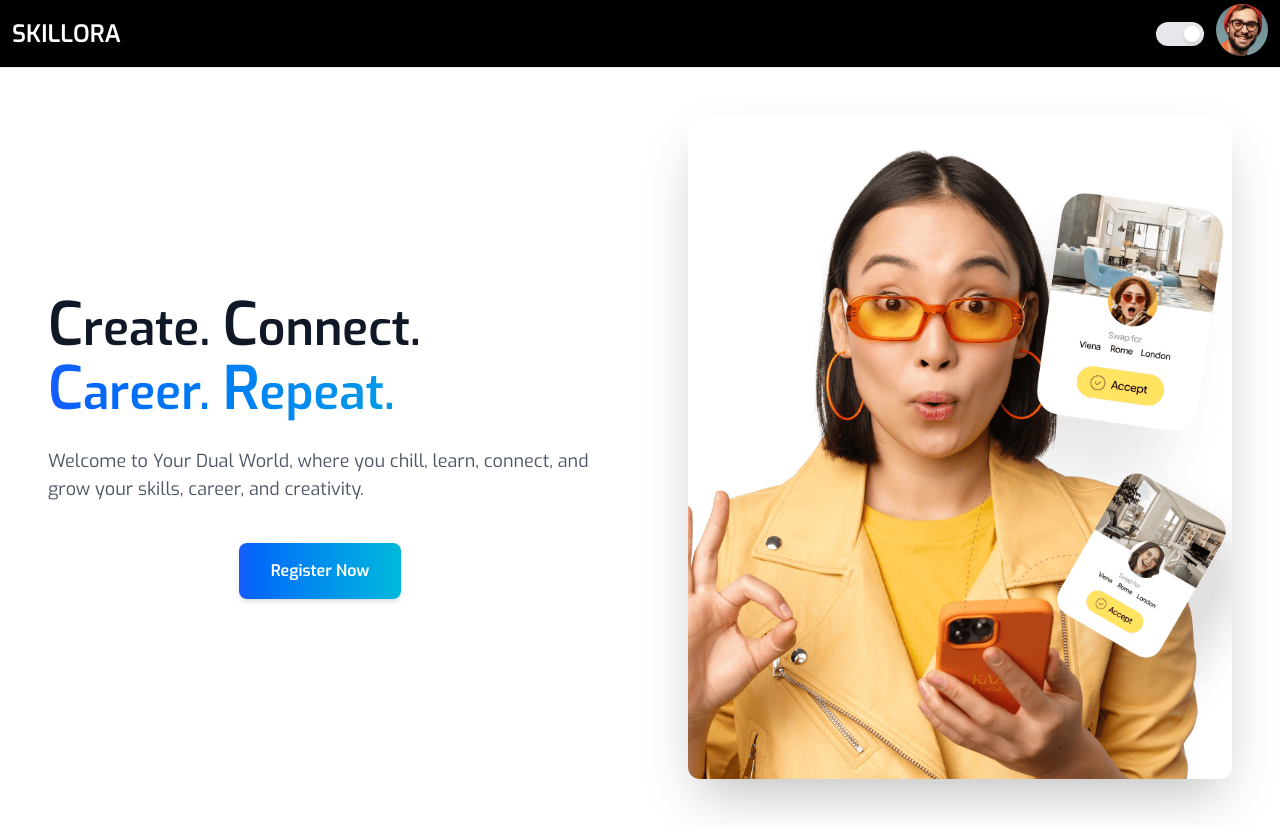
Repository: deepak445566/job
Page: / (app in frontend/)
An editor plug-in stored every save of this project. The page is shown before and after the next save, followed by the edit.
The browser window is 1280 px wide. The pictures show the whole page.
The page's requests for data from a server got no answer. Some web fonts or font styles are not loaded; a fallback is used. The project was rebuilt for these pictures with package versions that can differ from the ones it lists, and the page was loaded fresh each time. Some packages were replaced by stand-ins written for this rebuild. No one was signed in, and anything a server would have sent is missing. Also part of the build but not shown: frontend/vite.config.js, frontend/src/Components/auth/Login.jsx, frontend/src/Components/study/StudyDashboard.jsx, frontend/src/Components/chill/CreateReelModal.jsx, frontend/src/Components/chill/ChillDashboard.jsx, frontend/src/Components/common/Footer.jsx.

Above is the page before, as saved 2026-02-27 14:56:41.

### frontend/index.html
<!doctype html>
<html lang="en">
  <head>
    <meta charset="UTF-8" />
    <link rel="icon" type="image/svg+xml" href="/vite.svg" />
    <meta name="viewport" content="width=device-width, initial-scale=1.0" />
    <title>frontend</title>
    <link rel="preconnect" href="https://fonts.googleapis.com">
<link rel="preconnect" href="https://fonts.gstatic.com" crossorigin>
<link href="https://fonts.googleapis.com/css2?family=Exo:ital,wght@0,100..900;1,100..900&family=Playfair+Display:ital,wght@0,400..900;1,400..900&display=swap" rel="stylesheet">
  </head>
  <body>
    <div id="root"></div>
    <script type="module" src="/src/main.jsx"></script>
  </body>
</html>

### frontend/src/main.jsx
import { StrictMode } from 'react'
import { createRoot } from 'react-dom/client'
import './index.css'
import App from './App.jsx'
import {BrowserRouter} from 'react-router-dom'
import { AppContextProvider } from './context/AppContextProvider.jsx'




createRoot(document.getElementById('root')).render(
  <BrowserRouter>
  <AppContextProvider>
  <StrictMode>
    <App />
  </StrictMode>
  </AppContextProvider>
  </BrowserRouter>
)

### frontend/src/index.css
@import "tailwindcss";
.exo{
  font-family: "Exo", sans-serif;

  font-style: normal;
}

### frontend/src/App.jsx
import React from "react";
import Login from "./Components/auth/Login";
import { Route, Routes } from "react-router-dom";
import Dashboard from "./Components/Dashboard";
import { useAppContext } from "./context/AppContextProvider";
import Layout from "./Components/common/Layout";

function App() {
  const { showLogin } = useAppContext();

  return (
    <>
      {showLogin && <Login />}

      <Routes>
        {/* Layout wrap karega sab routes ko */}
        <Route path="/" element={<Layout />}>
          <Route index element={<Dashboard />} />
        </Route>
      </Routes>
    </>
  );
}

export default App;

### frontend/src/context/AppContextProvider.jsx
import { useContext, useEffect, useState } from "react";
import { useNavigate } from "react-router-dom";
import axios from "axios";
import { AppContext } from "./AppContext";
import toast from 'react-hot-toast';

axios.defaults.withCredentials = true;
axios.defaults.baseURL = import.meta.env.VITE_BACKEND_URL;
console.log("Base URL:", import.meta.env.VITE_BACKEND_URL);

export const AppContextProvider = ({ children }) => {
  const navigate = useNavigate();
  const [user, setUser] = useState(null);
  const [mode, setMode] = useState('chill'); // Default 'chill' ya 'study'
  const [showLogin, setShowLogin] = useState(false);
  const [loading, setLoading] = useState(true);

  const fetchUser = async () => {
    try {
      const { data } = await axios.get("/api/auth/isauth");
      if (data.success) {
        setUser(data.user);
        // User login hai toh uski mode fetch karo
        fetchUserMode();
      }
    } catch (error) {
      setUser(null);
    } finally {
      setLoading(false);
    }
  };

  // User ka mode fetch karne ka function
  const fetchUserMode = async () => {
    try {
      const { data } = await axios.get("/api/mode/");
      if (data.success) {
        setMode(data.mode);
      }
    } catch (error) {
      console.log("Error fetching mode:", error);
    }
  };

  // Mode toggle karne ka function
  const toggleMode = async () => {
    if (!user) {
      toast.error("Please login first");
      setShowLogin(true);
      return;
    }

    try {
      const { data } = await axios.put("/api/mode/switch");
      if (data.success) {
        setMode(data.mode);
        toast.success(data.message);
      }
    } catch (error) {
      toast.error(error.response?.data?.message || "Error switching mode");
    }
  };

  useEffect(() => {
    fetchUser();
  }, []);

  return (
    <AppContext.Provider
      value={{
        navigate,
        user,
        setUser,
        axios,
        setShowLogin,
        showLogin,
        mode,
        setMode,
        toggleMode,
        loading
      }}
    >
      {children}
    </AppContext.Provider>
  );
};

export const useAppContext = () => useContext(AppContext);

### frontend/src/Components/Dashboard.jsx
// components/Dashboard.jsx
import React from 'react';
import { useAppContext } from '../context/AppContextProvider';
import StudyDashboard from './study/StudyDashboard';
import ChillDashboard from './chill/ChillDashboard';

function Dashboard() {
  const { mode, user, setShowLogin, loading } = useAppContext();

  // Loading state
  if (loading) {
    return (
      <div className="min-h-screen flex items-center justify-center">
        <div className="text-center">
          <div className="w-16 h-16 border-4 border-blue-500 border-t-transparent rounded-full animate-spin mx-auto mb-4"></div>
          <p className="text-gray-600">Loading dashboard...</p>
        </div>
      </div>
    );
  }

  // Agar user login nahi hai
  if (!user) {
    return (
     <div className="min-h-screen  flex items-center justify-center  exo">

      <div className=" w-full   rounded-2xl overflow-hidden flex flex-col md:flex-row">

        {/* Left side: Text and button */}
        <div className="w-full md:w-1/2 p-5 sm:p-10 lg:p-12 flex flex-col justify-center space-y-6">
          {/* Heading */}
          <h1 className="text-4xl sm:text-5xl font-semibold text-gray-900 leading-tight">
           <span className='text-6xl'>C</span>reate.  <span className='text-6xl'>C</span>onnect.
            <span className="text-transparent bg-clip-text bg-gradient-to-r from-blue-600 to-cyan-500 block ">
             <span className='text-6xl'>C</span>areer.  <span className='text-6xl exo'>R</span>epeat.
            </span>
          </h1>

          {/* Paragraph */}
          <p className="text-lg text-gray-600 ">
           Welcome to Your Dual World, where you chill, learn, connect, and grow your skills, career, and creativity.
          </p>

          {/* Register Now Button */}
          <div className="pt-4 flex justify-center">
            <button onClick={()=>setShowLogin(true)} className="px-8 py-4 bg-gradient-to-r from-blue-600 to-cyan-500 text-white font-semibold rounded-lg shadow-md hover:shadow-lg transform hover:scale-105 transition-all duration-300 ease-in-out focus:outline-none focus:ring-2 focus:ring-blue-400 focus:ring-offset-2">
              Register Now
            </button>
          </div>


        </div>

        {/* Right side: Image */}
        <div className="w-full md:w-1/2  flex items-center justify-center p-3 sm:p-10 lg:p-12">

          <img
            src="/images/m.png"
            alt="Hero visual representing our platform"
            className="w-full h-auto rounded-xl shadow-2xl object-cover transform hover:scale-105 transition-transform duration-500"
          />
        </div>
      </div>
    </div>
    );
  }

  // Mode ke hisaab se dashboard render karo
  return (
    <div className="transition-all duration-500">
      {mode === 'study' ? <StudyDashboard /> : <ChillDashboard />}
    </div>
  );
}

export default Dashboard;

### frontend/src/Components/common/Layout.jsx
import Navbar from "./Navbar";
import FloatingDockMinimal from "./Footer";
import { Outlet } from "react-router-dom";
import { useAppContext } from "../../context/AppContextProvider";

function Layout() {
  const { user } = useAppContext(); // ya isAuthenticated

  return (
    <div className="min-h-screen flex flex-col">
      <Navbar />

      {/* Page Content */}
      <div className={`flex-1 ${user ? "pb-20" : ""}`}>
        <Outlet />
      </div>

      {/* 👇 Sirf login user ko dikhega */}
      {user && <FloatingDockMinimal />}
    </div>
  );
}

export default Layout;

### frontend/src/Components/common/Navbar.jsx
import React, { useState } from "react";
import { useAppContext } from "../../context/AppContextProvider";
import toast from "react-hot-toast";

function Navbar() {
  const { user, setUser, axios, setShowLogin, navigate, mode, toggleMode } =
    useAppContext();
  const [loggingOut, setLoggingOut] = useState(false);
  const [togglingMode, setTogglingMode] = useState(false);
  const [showProfileMenu, setShowProfileMenu] = useState(false);

  const handleLogout = async () => {
    try {
      setLoggingOut(true);
      const { data } = await axios.post("/api/auth/logout");
      if (data.success) {
        setUser(null);
        setShowLogin(true);
        toast.success("Logged out successfully");
        navigate("/");
      } else {
        toast.error(data.message || "Logout failed");
      }
    } catch (error) {
      toast.error(error.response?.data?.message || "Error logging out");
    } finally {
      setLoggingOut(false);
      setShowProfileMenu(false);
    }
  };

  const handleToggleMode = async () => {
    try {
      setTogglingMode(true);
      await toggleMode();
    } catch (error) {
      console.error("Error toggling mode:", error);
    } finally {
      setTogglingMode(false);
    }
  };

  const handleProfileClick = () => {
    if (user) {
      setShowProfileMenu(!showProfileMenu);
    } else {
      setShowLogin(true);
    }
  };

  const getInitial = () => {
    if (user?.username) return user.username[0].toUpperCase();
    if (user?.email) return user.email[0].toUpperCase();
    return 'K';
  };

  return (
   <nav className="bg-black border-b border-gray-200 px-3 py-1 sticky top-0 z-50 exo">
  <div className="flex justify-between items-center max-w-7xl mx-auto">
    {/* Left Side */}
    <div className="flex items-center gap-4 text-2xl font-semibold uppercase text-white rounded-2xl ">
     <h1>Skillora</h1>
    </div>

    {/* Right Side */}
    <div className="flex items-center gap-3">
      {/* Mode Toggle */}
      <button
        onClick={handleToggleMode}
        disabled={togglingMode || !user}
        className={`relative w-12 h-6 rounded-full transition-all duration-700 ${
          user
            ? mode === 'study'
              ? 'bg-gray-700'
              : 'bg-gray-300'
            : 'bg-gray-200 cursor-not-allowed'
        }`}
        title={!user ? "Login to switch mode" : `Switch to ${mode === 'study' ? 'Chill' : 'Study'}`}
      >
        <span
          className={`absolute top-1 left-1 w-4 h-4 bg-white rounded-full shadow-md transform transition-all duration-500 ease-in-out ${
            mode === 'chill' ? 'translate-x-6' : ''
          }`}
        />
      </button>

      {/* Profile */}
      <div className="relative">
        <button
          onClick={handleProfileClick}
          className="group relative focus:outline-none"
        >
          <div>
            <img src="/images/log.jpg" className="h-13 w-13 rounded-full"/>
          </div>


        </button>

        {/* Profile Menu */}
        {showProfileMenu && user && (
          <>
            <div
              className="fixed inset-0 z-40"
              onClick={() => setShowProfileMenu(false)}
            />

            <div className="absolute right-0 mt-3 w-56 bg-white rounded-2xl shadow-lg border border-gray-100 z-50 overflow-hidden">
              <div className="px-5 py-4 border-b border-gray-100">
                <p className="text-xs text-gray-400 uppercase tracking-[0.2em] mb-2 font-light">
                  Account
                </p>
                <p className="text-sm font-medium text-gray-800 mb-0.5">
                  {user.username || 'User'}
                </p>
                <p className="text-xs text-gray-400 truncate font-light">
                  {user.email || 'user@example.com'}
                </p>
              </div>

              <div className="p-2">
                <button
                  onClick={() => {
                    setShowProfileMenu(false);
                    navigate('/profile');
                  }}
                  className="w-full px-4 py-2.5 text-left hover:bg-gray-50 rounded-xl transition-all duration-200 flex items-center gap-3 text-gray-600 group"
                >
                  <span className="text-sm opacity-50 group-hover:opacity-100 transition-opacity">👤</span>
                  <span className="text-xs font-light tracking-wide">Profile</span>
                </button>

                <div className="h-px bg-gray-100 my-2"></div>

                <button
                  onClick={handleLogout}
                  disabled={loggingOut}
                  className="w-full px-4 py-2.5 text-left hover:bg-gray-50 rounded-xl transition-all duration-200 flex items-center gap-3 text-gray-600 group"
                >
                  <span className="text-sm opacity-50 group-hover:opacity-100 transition-opacity">🚪</span>
                  <span className="text-xs font-light tracking-wide flex-1">
                    {loggingOut ? "Exiting..." : "Sign out"}
                  </span>
                  {loggingOut && (
                    <span className="w-3 h-3 border border-gray-300 border-t-transparent rounded-full animate-spin" />
                  )}
                </button>
              </div>
            </div>
          </>
        )}
      </div>
    </div>
  </div>
</nav>
  );
}

export default Navbar;

Loaded but not shown: frontend/src/context/AppContext.jsx (common file)

After the next save:
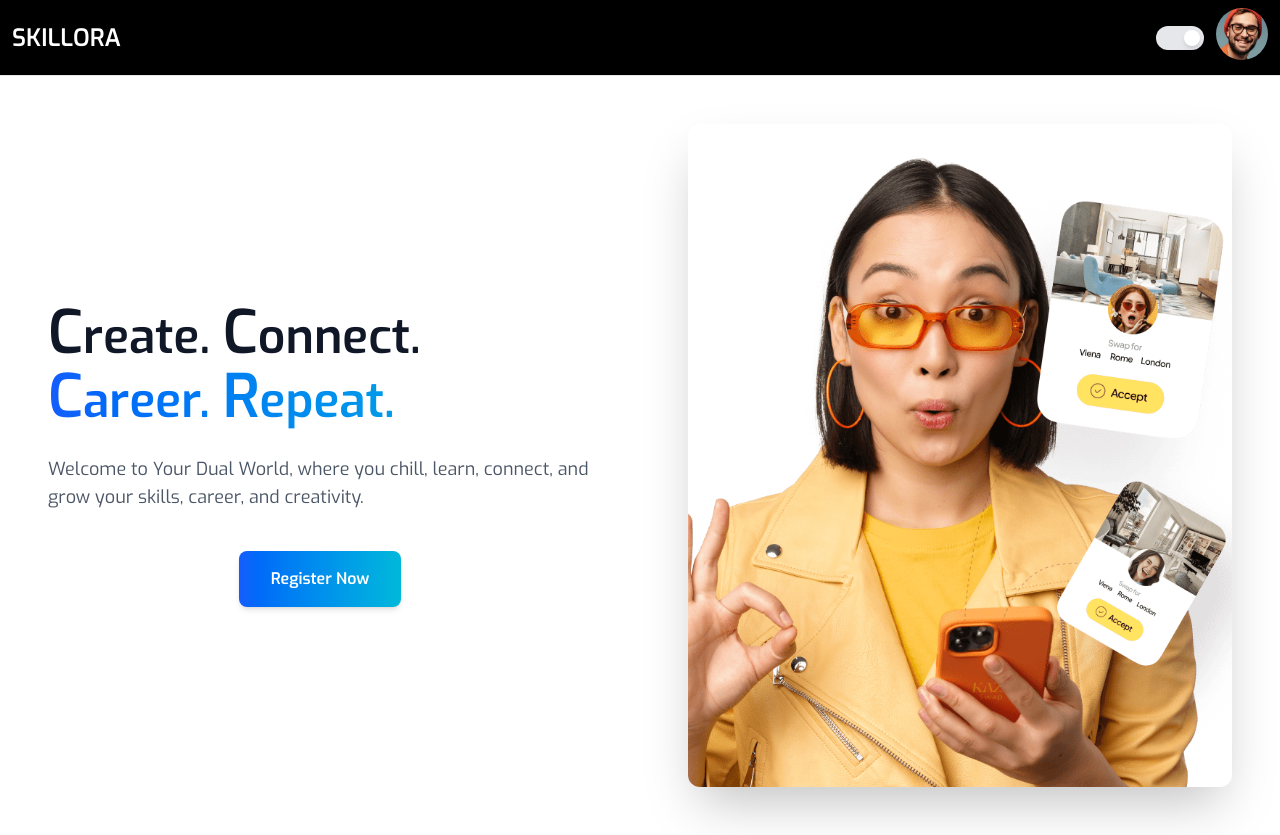
Saved 11 s later.
--- a/frontend/src/Components/common/Navbar.jsx
+++ b/frontend/src/Components/common/Navbar.jsx
@@ -55,7 +55,7 @@ function Navbar() {
   };
 
   return (
-   <nav className="bg-black border-b border-gray-200 px-3 py-1 sticky top-0 z-50 exo">
+   <nav className="bg-black border-b border-gray-200 px-3 py-2 sticky top-0 z-50 exo">
   <div className="flex justify-between items-center max-w-7xl mx-auto">
     {/* Left Side */}
     <div className="flex items-center gap-4 text-2xl font-semibold uppercase text-white rounded-2xl ">
